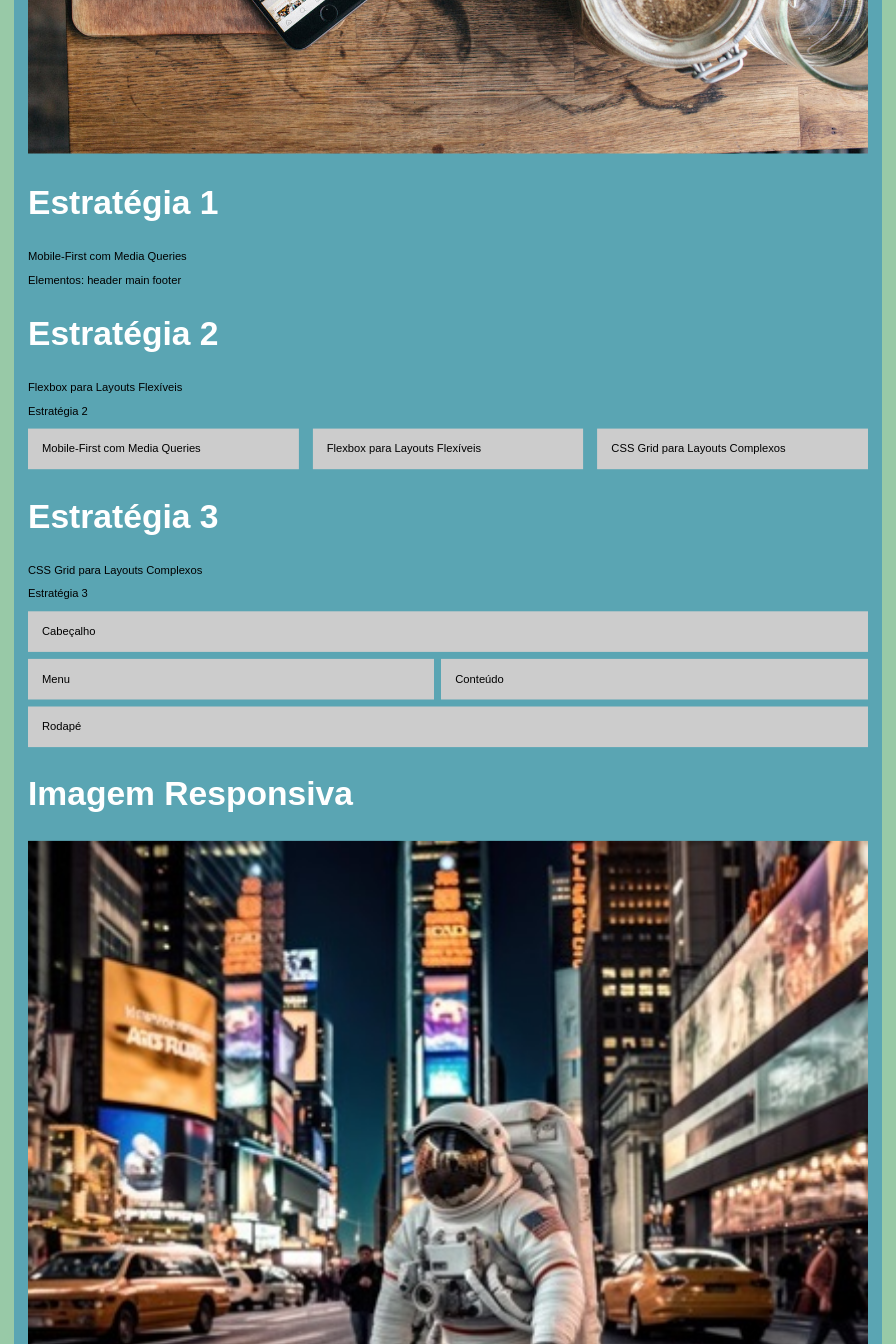
Repository: douglasabnovato/model-lp
Page: index.html
The author's editor kept a copy of each file at every save. The page is drawn from the files as they stood at one save, then again after a run of saves.
The browser window is 1280 px wide. The pictures show the part of the page from y = 776 to 2696 px (the page is 6877 px tall before and 7085 px after), at 70% of full size.

Above is the page before, as saved 2025-02-25 17:18:43.

After the next 2 saves:
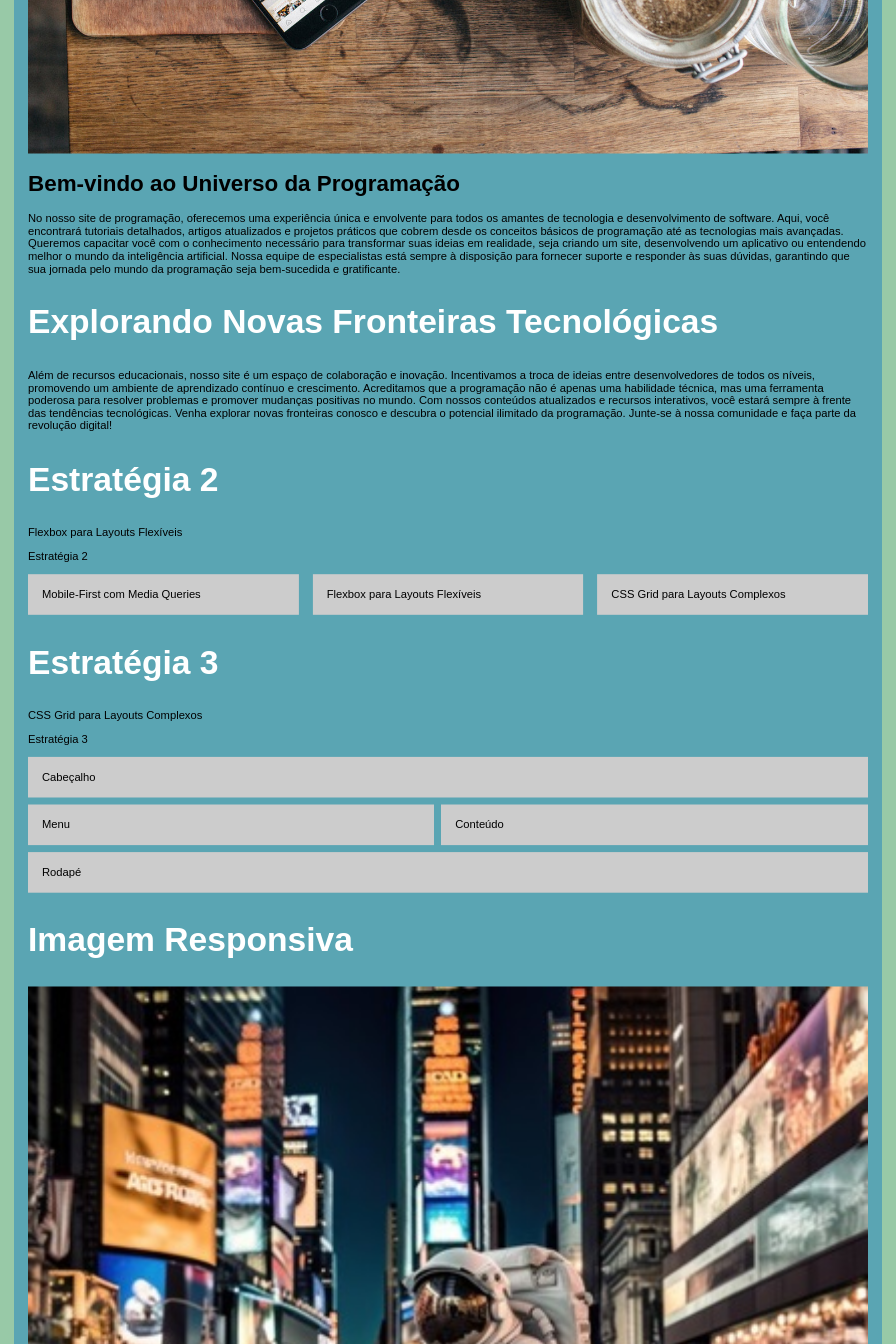
The 2 saves are shown as one change because they came seconds apart.
The last was saved 3 min 56 s later.
--- a/index.html
+++ b/index.html
@@ -12,9 +12,37 @@
     </header>
     <main>
       <img class="banner" src="./assets/cafe-escritor-1500.jpg" alt="Banner" />
-      <h2>Estratégia 1</h2>
-      <p>Mobile-First com Media Queries</p>
-      <p>Elementos: header main footer</p>
+
+      <h1>Bem-vindo ao Universo da Programação</h1>
+
+      <p>
+        No nosso site de programação, oferecemos uma experiência única e
+        envolvente para todos os amantes de tecnologia e desenvolvimento de
+        software. Aqui, você encontrará tutoriais detalhados, artigos
+        atualizados e projetos práticos que cobrem desde os conceitos básicos de
+        programação até as tecnologias mais avançadas. Queremos capacitar você
+        com o conhecimento necessário para transformar suas ideias em realidade,
+        seja criando um site, desenvolvendo um aplicativo ou entendendo melhor o
+        mundo da inteligência artificial. Nossa equipe de especialistas está
+        sempre à disposição para fornecer suporte e responder às suas dúvidas,
+        garantindo que sua jornada pelo mundo da programação seja bem-sucedida e
+        gratificante.
+      </p>
+
+      <h2>Explorando Novas Fronteiras Tecnológicas</h2>
+
+      <p>
+        Além de recursos educacionais, nosso site é um espaço de colaboração e
+        inovação. Incentivamos a troca de ideias entre desenvolvedores de todos
+        os níveis, promovendo um ambiente de aprendizado contínuo e crescimento.
+        Acreditamos que a programação não é apenas uma habilidade técnica, mas
+        uma ferramenta poderosa para resolver problemas e promover mudanças
+        positivas no mundo. Com nossos conteúdos atualizados e recursos
+        interativos, você estará sempre à frente das tendências tecnológicas.
+        Venha explorar novas fronteiras conosco e descubra o potencial ilimitado
+        da programação. Junte-se à nossa comunidade e faça parte da revolução
+        digital!
+      </p>
 
       <h2>Estratégia 2</h2>
       <p>Flexbox para Layouts Flexíveis</p>
@@ -99,27 +127,26 @@
           <p>Texto descritivo para a terceira div.</p>
         </div>
 
-
         <div class="filha-2">
-            <img src="./assets/dev-1.png" alt="Descrição 4" />
-            <h2>Título 4</h2>
-            <p>Texto descritivo para a 4a div.</p>
-          </div>
-          <div class="filha-2">
-            <img src="./assets/dev-2.png" alt="Descrição 5" />
-            <h2>Título 5</h2>
-            <p>Texto descritivo para a 5a div.</p>
-          </div>
-          <div class="filha-2">
-            <img src="./assets/dev-3.png" alt="Descrição 6" />
-            <h2>Título 6</h2>
-            <p>Texto descritivo para a 6a div.</p>
-          </div>
-          <div class="filha-2">
-            <img src="./assets/dev-4.png" alt="Descrição 7" />
-            <h2>Título 7</h2>
-            <p>Texto descritivo para a 7a div.</p>
-          </div>
+          <img src="./assets/dev-1.png" alt="Descrição 4" />
+          <h2>Título 4</h2>
+          <p>Texto descritivo para a 4a div.</p>
+        </div>
+        <div class="filha-2">
+          <img src="./assets/dev-2.png" alt="Descrição 5" />
+          <h2>Título 5</h2>
+          <p>Texto descritivo para a 5a div.</p>
+        </div>
+        <div class="filha-2">
+          <img src="./assets/dev-3.png" alt="Descrição 6" />
+          <h2>Título 6</h2>
+          <p>Texto descritivo para a 6a div.</p>
+        </div>
+        <div class="filha-2">
+          <img src="./assets/dev-4.png" alt="Descrição 7" />
+          <h2>Título 7</h2>
+          <p>Texto descritivo para a 7a div.</p>
+        </div>
       </div>
     </main>
     <footer>
